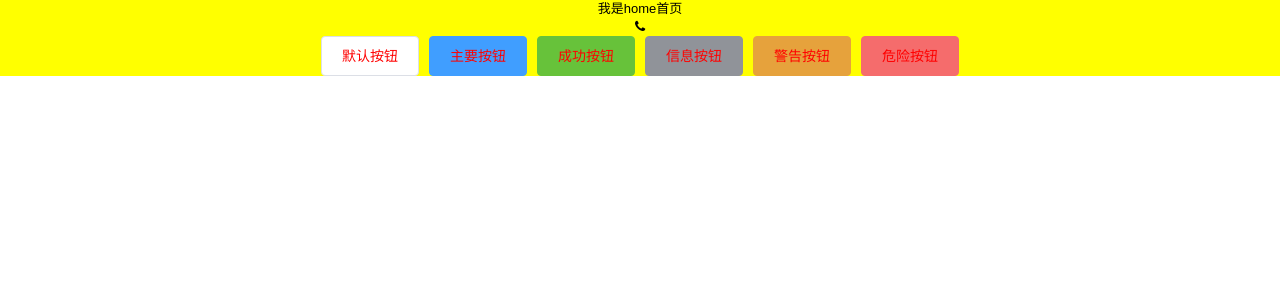
Repository: wuder-jie/Manager-System
Page: /home
An editor plug-in stored every save of this project. The page is shown before and after a run of saves, followed by the edit.
The browser window is 1280 px wide. The pictures show the whole page.
The project was rebuilt for these pictures with package versions that can differ from the ones it lists, and the page was loaded fresh each time. Also part of the build but not shown: vue.config.js.

Above is the page before, as saved 2022-11-28 13:41:20.

### src/main.js
import Vue from "vue";
import App from "./App.vue";
import ElementUI from "element-ui";
import "element-ui/lib/theme-chalk/index.css";
// 引入reset样式重置文件。
import "@/assets/css/reset.css";
// 引入图标样式
import "font-awesome/css/font-awesome.min.css";
// 引入axios
import service from "@/api/service.js";
// 引入路由器
import router from "@/router";
// 把axios挂载到原型，所有的vc都可访问。
Vue.prototype.service = service;
Vue.config.productionTip = false;
Vue.use(ElementUI);

new Vue({ router, render: (h) => h(App) }).$mount("#app");

### src/App.vue
<template>
  <div id="app">
    <router-view></router-view>
  </div>
</template>

<script>
export default {
  name: "app",
  data() {
    return {};
  },
  components: {},
  methods: {},
};
</script>
<style lang="scss">
.suc {
  background-color: red;
}
</style>

### src/assets/css/reset.css
body {
  font-family:arial,helvetica,sans-serif;
  font-size:13px;
  font-size-adjust:none;
  font-stretch:normal;
  font-style:normal;
  font-variant:normal;
  font-weight:normal;
  line-height:1.4;
  text-align:center;
  }
  *{
    margin: 0;
    padding: 0;
    box-sizing: border-box;
  }
  html,body,#app{
    width: 100%;
    height: 100%;
  }
  body, ul, ol, dl, dd, h1, h2, h3, h4, h5, h6, p, form, fieldset, legend, input, textarea, select, button, th, td {
  margin:0;
  padding:0;
  }
  h1, h2, h3, h4, h5, h6 {
  font-size:100%;
  font-weight:normal;
  }
  table {
  font-size:inherit;
  }
  input, select {
  font-family:arial,helvetica,clean,sans-serif;
  font-size:100%;
  font-size-adjust:none;
  font-stretch:normal;
  font-style:normal;
  font-variant:normal;
  font-weight:normal;
  line-height:normal;
  }
  button {
  overflow:visible;
  }
  th, em, strong, b, address, cite {
  font-style:normal;
  font-weight:normal;
  }
  li {
  list-style-image:none;
  list-style-position:outside;
  list-style-type:none;
  }
  img, fieldset {
  border:0 none;
  }
  ins {
  text-decoration:none;
  }

### src/api/service.js
import axios from "axios";
import { getToken } from "@/utils/localStorage.js";
const service = axios.create({
  baseURL: "/api2",
  timeout: 3000,
});
// 添加请求拦截器
service.interceptors.request.use(
  function (config) {
    // 在发送请求之前做些什么
    // 配置token到headers中。
    if (getToken("TOKEN")) {
      config.headers["token"] = getToken("TOKEN");
    }

    return config;
  },
  function (error) {
    // 对请求错误做些什么
    return Promise.reject(error);
  }
);

// 添加响应拦截器
service.interceptors.response.use(
  function (response) {
    // 对响应数据做点什么
    return response;
  },
  function (error) {
    // 对响应错误做点什么
    return Promise.reject(error);
  }
);
export default service;

### src/router/index.js
import Vue from "vue";
import Router from "vue-router";
Vue.use(Router);
const routes = [
  {
    path: "/",
    redirect: "/login",
  },
  {
    name: "Login",
    path: "/login",
    // 路由懒加载
    component: () => import("@/pages/login"),
  },
  {
    name: "NotFound",
    path: "*",
    // 路由懒加载
    component: () => import("@/components/common/NotFound.vue"),
  },
  {
    name: "Home",
    path: "/home",
    // 路由懒加载
    component: () => import("@/pages/home"),
    // 异步组件
    // component: (resolve) => require(["@/pages/home"], resolve),
  },
];

const router = new Router({
  mode: "history",
  routes,
});
export default router;

### src/utils/localStorage.js
export function setToken(key, value) {
  localStorage.setItem(key, value);
}
export function getToken(key) {
  return localStorage.getItem(key);
}
export function removeToken(key) {
  localStorage.removeItem(key);
}

### src/pages/home/index.vue
<template>
  <div id="home">
    <h3>我是home首页</h3>
    <i class="fa fa-phone" aria-hidden="true"></i>
    <el-row>
      <el-button>默认按钮</el-button>
      <el-button type="primary">主要按钮</el-button>
      <el-button type="success">成功按钮</el-button>
      <el-button type="info">信息按钮</el-button>
      <el-button type="warning">警告按钮</el-button>
      <el-button type="danger">危险按钮</el-button>
    </el-row>
  </div>
</template>

<script>
export default {
  name: "HomeItem",
  data() {
    return {};
  },
  components: {},
  methods: {},
};
</script>
<style lang="scss" scoped>
#home{
  background-color: yellow;
  .el-button{
    color: red;
  }
}
</style>

Loaded but not shown: public/index.html (common file)

After the next 2 saves:
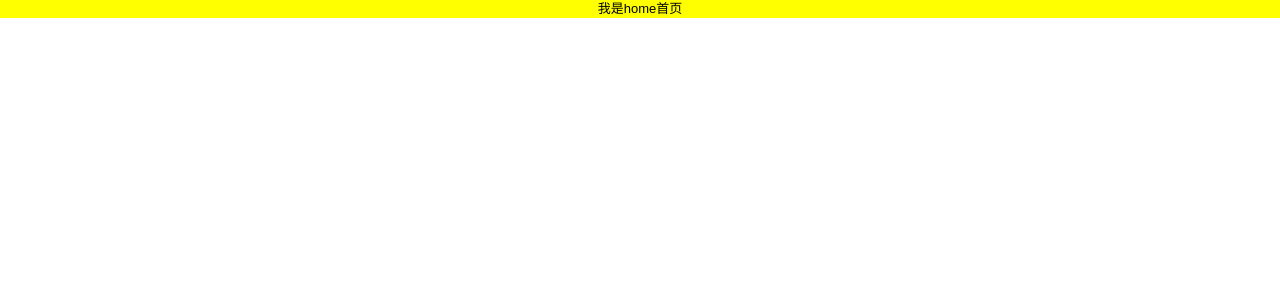
The 2 saves are shown as one change because they came seconds apart.
The last was saved 55 s later.
--- a/src/pages/home/index.vue
+++ b/src/pages/home/index.vue
@@ -1,15 +1,6 @@
 <template>
   <div id="home">
     <h3>我是home首页</h3>
-    <i class="fa fa-phone" aria-hidden="true"></i>
-    <el-row>
-      <el-button>默认按钮</el-button>
-      <el-button type="primary">主要按钮</el-button>
-      <el-button type="success">成功按钮</el-button>
-      <el-button type="info">信息按钮</el-button>
-      <el-button type="warning">警告按钮</el-button>
-      <el-button type="danger">危险按钮</el-button>
-    </el-row>
   </div>
 </template>
 
@@ -24,9 +15,9 @@ export default {
 };
 </script>
 <style lang="scss" scoped>
-#home{
+#home {
   background-color: yellow;
-  .el-button{
+  .el-button {
     color: red;
   }
 }
